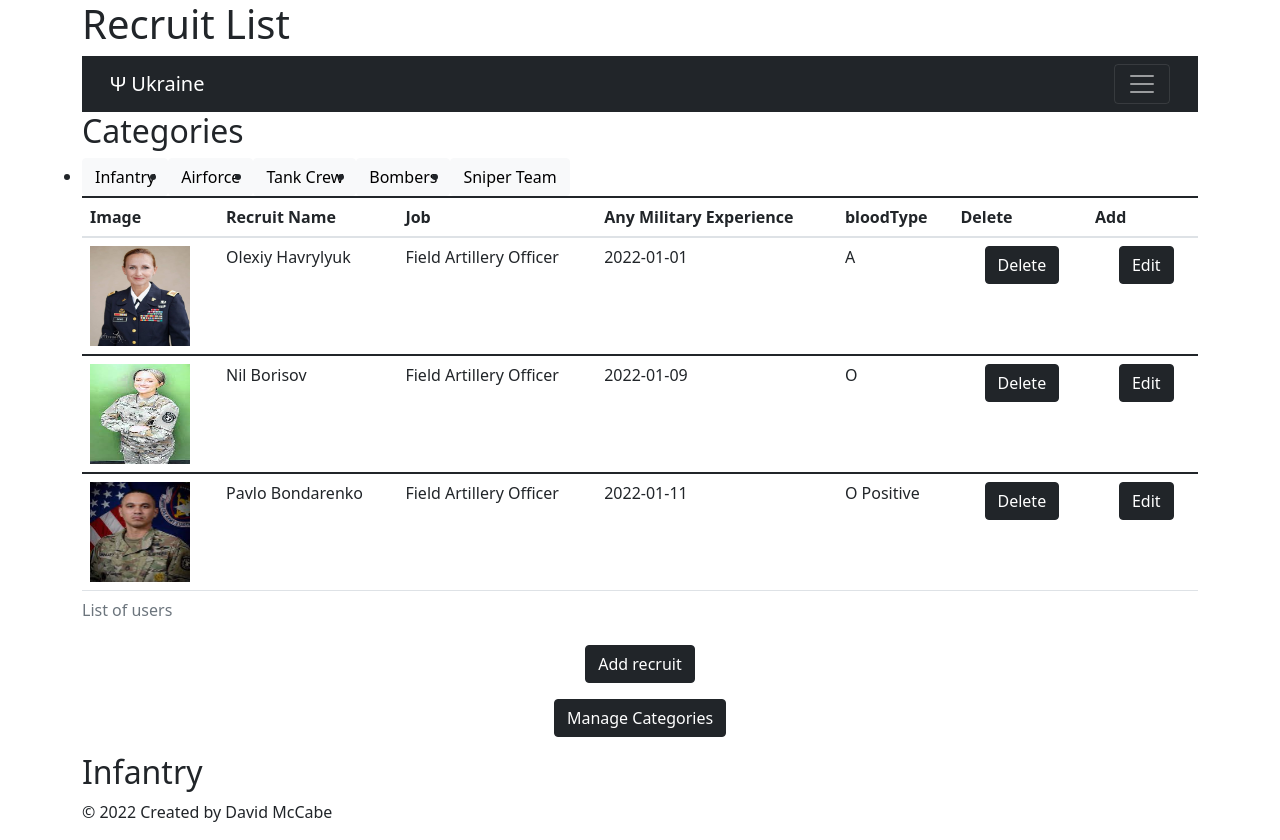
Repository: davidDKIT/ca2-davidmccabe-php
Page: http://localhost/delete_record.php
The author's editor kept a copy of each file at every save. The page is drawn from the files as they stood at one save, then again after the next save.
The browser window is 1280 px wide. The pictures show the whole page.
Some web fonts or font styles are not loaded; a fallback is used. The page is run by PHP 8.4 with error messages shown; the project is at /var/www/html/. The database holds what the project's SQL file puts in it.

Above is the page before, as saved 2022-03-15 18:57:36.

### delete_record.php
<?php
require_once('database.php');

// Get IDs
$recruit_id = filter_input(INPUT_POST, 'recruit_id', FILTER_VALIDATE_INT);
$category_id = filter_input(INPUT_POST, 'category_id', FILTER_VALIDATE_INT);

// Delete the product from the database
if ($recruit_id != false && $category_id != false) {
    $query = "DELETE FROM recruits
              WHERE recruitID = :recruit_id";
    $statement = $db->prepare($query);
    $statement->bindValue(':recruit_id', $recruit_id);
    $statement->execute();
    $statement->closeCursor();
}

// display the Product List page
include('index.php');
?>

### database.php
<?php
    $dsn = 'mysql:host=localhost;dbname=ukraine_signup';
    $username = 'root';
    $password = '';

    try {
        $db = new PDO($dsn, $username, $password);
    } catch (PDOException $e) {
        $error_message = $e->getMessage();
        include('database_error.php');
        exit();
    }
?>

### index.php
<link rel="stylesheet" type="text/css" href="https://stackpath.bootstrapcdn.com/bootstrap/4.3.1/css/bootstrap.min.css" />
<link href="https://fonts.googleapis.com/css?family=Raleway&display=swap" rel="stylesheet" />

<?php
require_once('database.php');
error_reporting(E_ERROR | E_PARSE);
// Get category ID
if (!isset($category_id)) {
    $category_id = filter_input(
        INPUT_GET,
        'category_id',
        FILTER_VALIDATE_INT
    );
    if ($category_id == NULL || $category_id == FALSE) {
        $category_id = 1;
    }
}

// Get name for current category
$queryCategory = "SELECT * FROM categories
WHERE categoryID = :category_id";
$statement1 = $db->prepare($queryCategory);
$statement1->bindValue(':category_id', $category_id);
$statement1->execute();
$category = $statement1->fetch();
$statement1->closeCursor();
$category_name = $category['categoryName'];

// Get all categories
$queryAllCategories = 'SELECT * FROM categories
ORDER BY categoryID';
$statement2 = $db->prepare($queryAllCategories);
$statement2->execute();
$categories = $statement2->fetchAll();
$statement2->closeCursor();

// Get recruits for selected category
$queryrecruits = "SELECT * FROM recruits
WHERE categoryID = :category_id
ORDER BY recruitID";
$statement3 = $db->prepare($queryrecruits);
$statement3->bindValue(':category_id', $category_id);
$statement3->execute();
$recruits = $statement3->fetchAll();
$statement3->closeCursor();
?>
<div class="container">


    <h1>Recruit List</h1>
    <?php
    include('includes/header.php');
    ?>
    <!-- display a list of categories -->
    <h2>Categories</h2>
    <div class="text-center">
        <ul class = "list-group list-group-horizontal-sm">
            <?php foreach ($categories as $category) : ?>
                <li>
                    <a class="btn btn-light" href=".?category_id=<?php echo $category['categoryID']; ?>">
                        <?php echo $category['categoryName']; ?>
                    </a>
                </li>
            <?php endforeach; ?>
        </ul>
    </div>



    <section>
        <!-- display a table of recruits -->


        <div class="text-center">
            <div class="row">
                <div class="col-12">
                    <table class="table caption-top">
                        <caption>List of users</caption>
                        <thead>
                            <tr>
                                <th scope="col">Image</th>
                                <th scope="col">Recruit Name</th>
                                <th scope="col">Job</th>
                                <th scope="col">Any Military Experience</th>
                                <th scope="col">bloodType</th>
                                <th scope="col">Delete</th>
                                <th scope="col">Add</th>
                            </tr>
                        </thead>
                        <?php foreach ($recruits as $recruit) : ?>
                            <tbody>
                                <tr>
                                    <td><img src="image_uploads/<?php echo $recruit['image']; ?>" width="100px" height="100px" /></td>
                                    <td><?php echo $recruit['recruitName']; ?></td>
                                    <td class="right"><?php echo $recruit['job']; ?></td>
                                    <td class="right"><?php echo $recruit['militaryExp']; ?></td>
                                    <td class="right"><?php echo $recruit['bloodType']; ?></td>
                                    <td>
                                        <form class="form-check" action="delete_record.php" method="post" id="delete_record_form">
                                            <input class="btn btn-dark" type="hidden" name="recruit_id" value="<?php echo $recruit['recruitID']; ?>">
                                            <input class="btn btn-dark" type="hidden" name="category_id" value="<?php echo $recruit['categoryID']; ?>">
                                            <input class="btn btn-dark" type="submit" value="Delete">
                                        </form>
                                    </td>
                                    <td>
                                        <form class="form-check" action="edit_record_form.php" method="post" id="delete_record_form">
                                            <input class="btn btn-dark" type="hidden" name="recruit_id" value="<?php echo $recruit['recruitID']; ?>">
                                            <input class="btn btn-dark" type="hidden" name="category_id" value="<?php echo $recruit['categoryID']; ?>">
                                            <input class="btn btn-dark" type="submit" value="Edit">
                                        </form>
                                    </td>
                                </tr>
                            <?php endforeach; ?>

                            </tbody>

                    </table>
                    <p><a class="btn btn-dark" href="add_record_form.php">Add recruit</a></p>
                    <p><a class="btn btn-dark" href="category_list.php">Manage Categories</a></p>
                </div>
            </div>
        </div>

        <h2><?php echo $category_name; ?></h2>
        <?php
        include('includes/footer.php');
        ?>
    </section>



    <!-- /.container-fluid -->

### includes/header.php
<!-- the head section -->

<head>
  <title>Ukraine Sign Up</title>
  <link href="https://cdn.jsdelivr.net/npm/bootstrap@5.1.3/dist/css/bootstrap.min.css" rel="stylesheet" integrity="sha384-1BmE4kWBq78iYhFldvKuhfTAU6auU8tT94WrHftjDbrCEXSU1oBoqyl2QvZ6jIW3" crossorigin="anonymous">
  <!-- Custom styles for this template-->
  <script src="https://cdn.jsdelivr.net/npm/bootstrap@5.1.3/dist/js/bootstrap.bundle.min.js" integrity="sha384-ka7Sk0Gln4gmtz2MlQnikT1wXgYsOg+OMhuP+IlRH9sENBO0LRn5q+8nbTov4+1p" crossorigin="anonymous"></script>

</head>

<!-- the body section -->

<body>
<nav class="navbar navbar-dark bg-dark">
  <div class="container-fluid">
    <a class="navbar-brand" href="main.php">Ψ Ukraine</a>
    <button class="navbar-toggler" type="button" data-bs-toggle="collapse" data-bs-target="#navbarNavDropdown" aria-controls="navbarNavDropdown" aria-expanded="false" aria-label="Toggle navigation">
      <span class="navbar-toggler-icon"></span>
    </button>
    <div class="collapse navbar-collapse" id="navbarNavDropdown">
      <ul class="navbar-nav">
        <li class="nav-item">
          <a class="nav-link active" aria-current="page" href="#">Home</a>
        </li>
        <li class="nav-item">
          <a class="nav-link" href="#">Features</a>
        </li>
        <li class="nav-item">
          <a class="nav-link" href="#">Pricing</a>
        </li>
        <li class="nav-item dropdown">
          <a class="nav-link dropdown-toggle" href="#" id="navbarDropdownMenuLink" role="button" data-bs-toggle="dropdown" aria-expanded="false">
            Dropdown link
          </a>
          <ul class="dropdown-menu" aria-labelledby="navbarDropdownMenuLink">
            <li><a class="dropdown-item" href="#">Action</a></li>
            <li><a class="dropdown-item" href="#">Another action</a></li>
            <li><a class="dropdown-item" href="#">Something else here</a></li>
          </ul>
        </li>
      </ul>
    </div>
  </div>
</nav>

### includes/footer.php
<footer>
<p>&copy; <?php echo date("Y"); ?> Created by David McCabe</p>
</footer>
</div><!-- close div container -->
</body>
</html>

### data-for-your-database.sql (the tables this page reads)
CREATE TABLE `categories` (
  `categoryID` int(11) NOT NULL AUTO_INCREMENT,
  `categoryName` varchar(255) NOT NULL,
  PRIMARY KEY (categoryID)
) ENGINE=InnoDB DEFAULT CHARSET=utf8;

INSERT INTO `categories` (`categoryID`, `categoryName`) VALUES
(1, 'Infantry'),
(2, 'Airforce'),
(3, 'Tank Crew'),
(4, 'Bombers'),
(5, 'Sniper Team');

ALTER TABLE `categories`
  ADD PRIMARY KEY (`categoryID`);

ALTER TABLE `categories`
  MODIFY `categoryID` int(11) NOT NULL AUTO_INCREMENT, AUTO_INCREMENT=3;

CREATE TABLE `recruits` (
  `recruitID` int(11) NOT NULL primary key AUTO_INCREMENT,
  `recruitName` varchar(255),
  `categoryID` int(11) NOT NULL,
  `job` varchar(255),
  `militaryExp` varchar(50) NOT NULL,
  `image` varchar(255),
  `bloodType` varchar(50) NOT NULL,
  FOREIGN KEY (`categoryID`) REFERENCES categories(`categoryID`)
) ENGINE=InnoDB DEFAULT CHARSET=utf8;

ALTER TABLE `recruits` AUTO_INCREMENT = 1000;

INSERT INTO `recruits` (`recruitID`, `recruitName`,`categoryID`, `job`, `militaryExp`, `image`, `bloodType`) VALUES
(1,'Olexiy Havrylyuk', 1, 'Field Artillery Officer', '2022-01-01', '4733.jpg', "A"),
(2, 'Oleksandr Sobol', 3, 'Combat Engineer', '2022-01-01', '11537.jpg', "B"),
(3, 'Sofron Sokolov', 3, 'Combat Engineer', '2022-01-05', '28893.jpg', "O Positive"),
(4, 'Valery Zelenko', 2,'Soldeir', '2022-01-07', '119273.jpg', "O"),
(5, 'Nil Borisov', 1, 'Field Artillery Officer', '2022-01-09', '233012.jpg', "O"),
(6, 'Nazar Zyma', 3, 'Combat Engineer', '2022-01-09', '266531.jpg', "O"),
(7, 'Erast Vasylyk', 3,'Combat Engineer', '2022-01-09', '329484.jpg', "O Positive"),
(8, 'Pavlo Bondarenko', 1, 'Field Artillery Officer', '2022-01-11', '361782.jpg', "O Positive"),
(9, 'Martyn Sokolov', 4, 'Wheeled Vehicle Mechanic', '2022-01-14', '373465.jpg', "O Positive"),
(10, 'Valeriy Kovalchuk', 4, 'Wheeled Vehicle Mechanic', '2022-01-14', '373989.jpg', "O"),
(11, 'Yevhen Chayka', 5, 'Marksman Sniper', '2022-01-17', '374104.jpg', "O"),
(12, 'Tymofiy Baran', 2, 'Soldeir', '2022-01-01', '644055.jpg', "A"),
(13, 'Stanislav Kravchenko', 2, 'Soldeir', '2022-01-01', '644471.jpg', "O Positive"),
(14, 'Markiyan Holub', 5, 'Marksman Sniper', '2022-01-01', '834551.jpg', "O Positive"),
(15, 'Heorhiy Shevchuk', 5, 'Marksman Sniper', '2022-01-28', '835545.jpg', "O");

ALTER TABLE `recruits`
  ADD PRIMARY KEY (`recruitID`);

ALTER TABLE `recruits`
  MODIFY `recruitID` int(11) NOT NULL AUTO_INCREMENT, AUTO_INCREMENT=13;

After the next save:
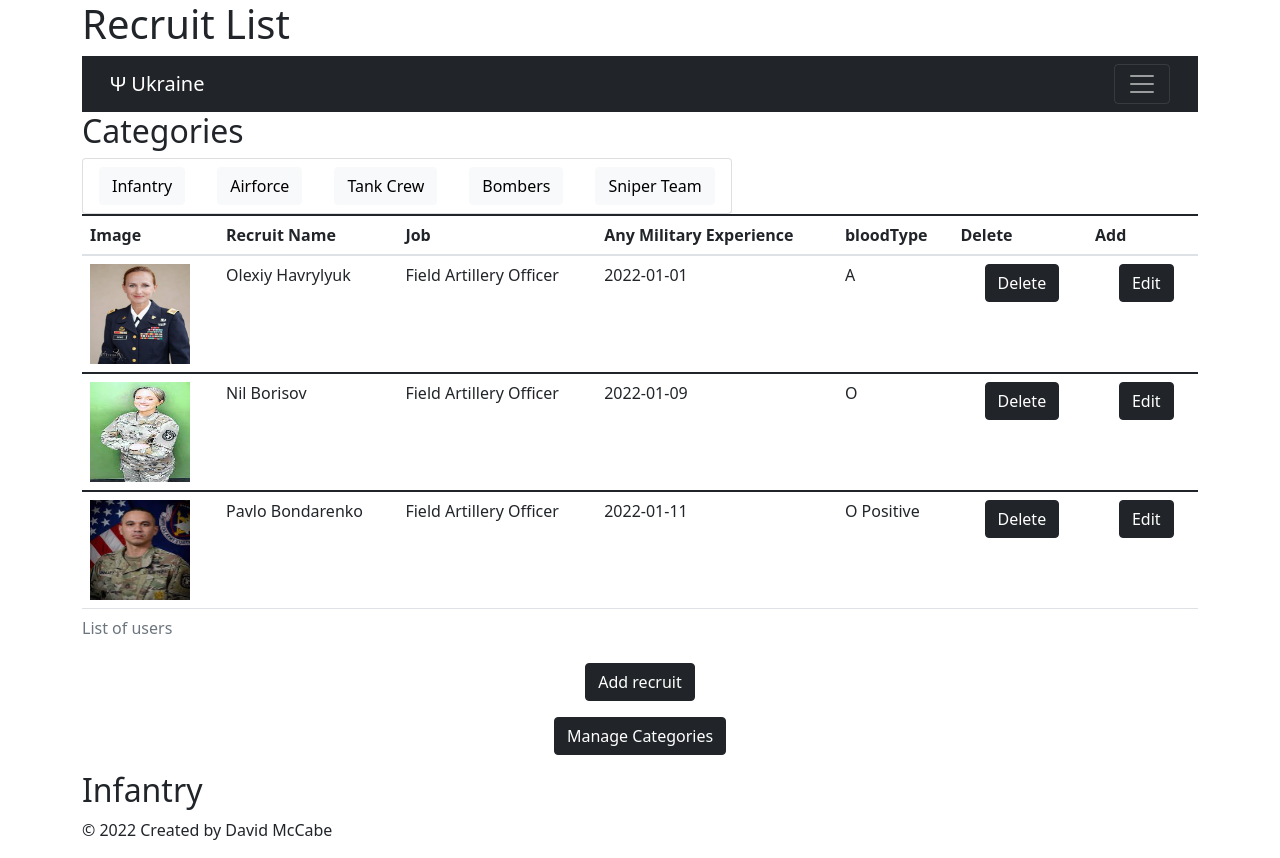
Saved 13 s later.
--- a/index.php
+++ b/index.php
@@ -56,7 +56,7 @@ $statement3->closeCursor();
     <div class="text-center">
         <ul class = "list-group list-group-horizontal-sm">
             <?php foreach ($categories as $category) : ?>
-                <li>
+                <li class="list-group-item">
                     <a class="btn btn-light" href=".?category_id=<?php echo $category['categoryID']; ?>">
                         <?php echo $category['categoryName']; ?>
                     </a>
